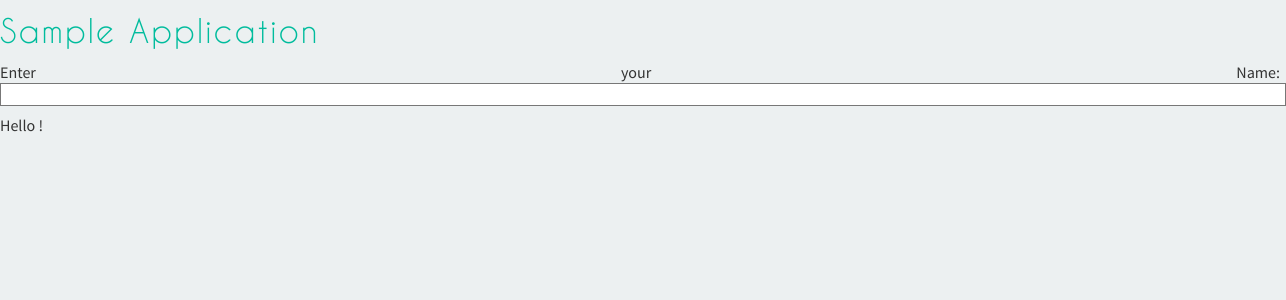
Repository: Dipak27/Dipak-s-front-end
Page: http://localhost/Traning_Management/
An editor plug-in stored every save of this project. The page is shown before and after the next save, followed by the edit.
The browser window is 1280 px wide. The page is 1286 px wide, so the pictures cover 1286 px, including what lies to the right of the window. The pictures show the whole page.
Some web libraries are served in a nearby version. The page is served by Tomcat 9.

Above is the page before, as saved 2016-11-09 04:25:03.
Console error (its wording comes from the project's code and is left out).

After the next save:
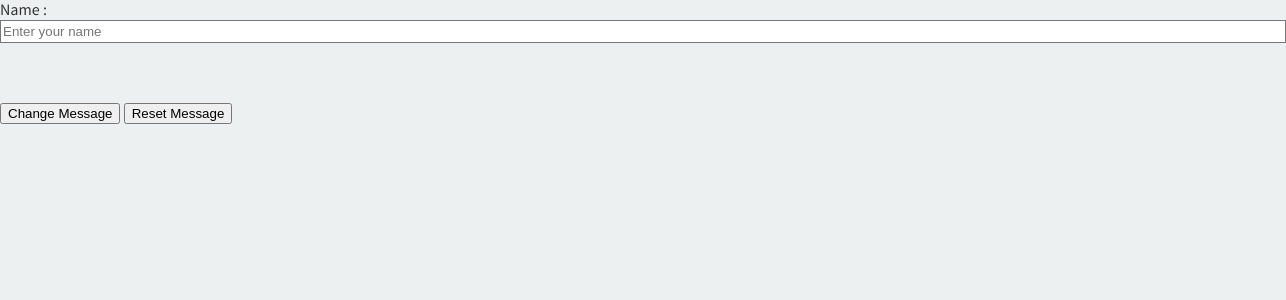
Saved 29 s later.
--- a/Training Management Project/Traning_Management/src/main/webapp/index.jsp
+++ b/Training Management Project/Traning_Management/src/main/webapp/index.jsp
@@ -22,18 +22,12 @@
 
 	</head>
 <body ng-controller="AppController">
+	 <label>Name :</label><input type="text" ng-model="ctrl.name" placeholder="Enter your name"/><br/><br/>
 
-	 <h1>Sample Application</h1>
+    <span ng-bind="ctrl.message"></span> <span ng-bind="ctrl.name"></span><br/><br/>
 
-      <div ng-app = "">
-         <p>Enter your Name: <input type = "text" ng-model = "name"></p>
-         <p>Hello <span ng-bind = "name"></span>!</p>
-      </div>
-
-      <script src = "https://ajax.googleapis.com/ajax/libs/angularjs/1.3.14/angular.min.js"></script>
-
-
-
+    <button ng-click="ctrl.changeMessage()"> Change Message </button>
+    <button ng-click="ctrl.resetMessage()"> Reset Message </button>
 
 </body>
 
